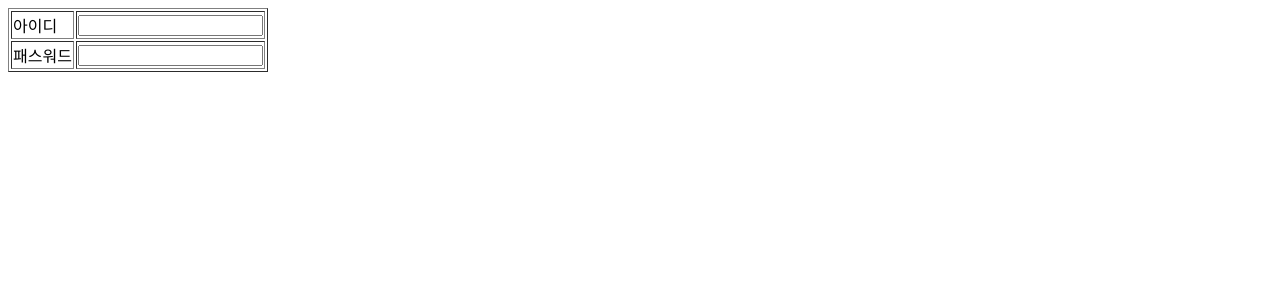
Repository: kisunssong/jsp
Page: test/WebContent/form.tag.htm
An editor plug-in stored every save of this project. The page is shown before and after the next save, followed by the edit.
The browser window is 1280 px wide. The pictures show the whole page.

Above is the page before, as saved 2020-11-16 12:05:49.

### test/WebContent/form.tag.htm
<!DOCTYPE html>
<html>
<head>
<meta charset="euc-kr">
<title>플래그 연습</title>
</head>
<body>
  <!-- 폼을 구성하는 태그들
  : 폼은 데이터를 전송할 때 사용하는 태그
         회원가입 : 이름, 전화번호, 주소...
    <form> 자신의 태그내에 있는 데이터를 지정한 웹 주소로 전송해준다.
    form 데이터 전송방식
    GET방식 : 데이터용량이 작은 256~4096바이트
    POST방식 : 대용량의 데이터를 보낼때 유용하다.(보안상안전)
    form 속성
    method : 데이터 전송방식을 지정
    name : 폼의 이름을 지정. 자바스크립에서 폼내의 데이터를 구분할 때 사용한다.
    action : 폼내의 데이터를 이동시킬 위치를 지정한다.
    enctype : 대용량의 파일의 데이터 속성을 지정한다.

        구성태그
    <input></input>
    -->
    <form action="http://www.naver.com/index.html">
    <table border="1">
      <tr>
        <td>아이디</td>
        <td>
          <input type="text" name="id">
        </td>
      <tr>
        <td>패스워드</td>
        <td>
         <input type="password" name="pw">
       </td>
      </tr>
    </table>
    </form>
</body>
</html>

After the next save:
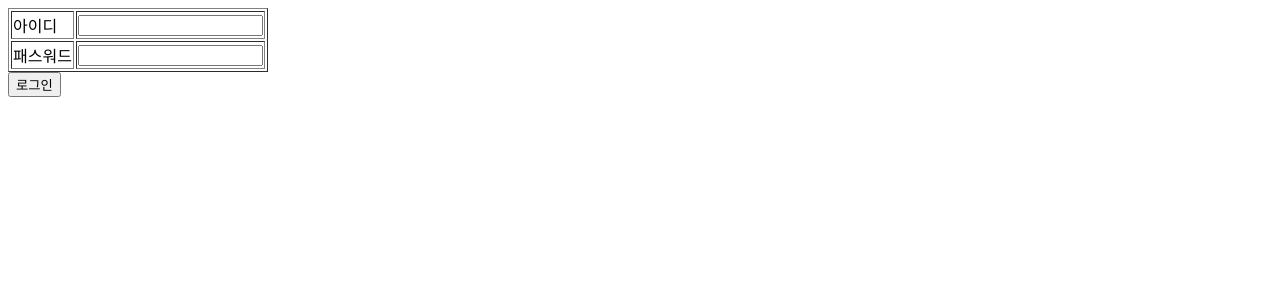
Saved 46 s later.
--- a/test/WebContent/form.tag.htm
+++ b/test/WebContent/form.tag.htm
@@ -35,6 +35,7 @@
        </td>
       </tr>
     </table>
+    <div><input type="submit" value="로그인"></div>
     </form>
 </body>
 </html>
